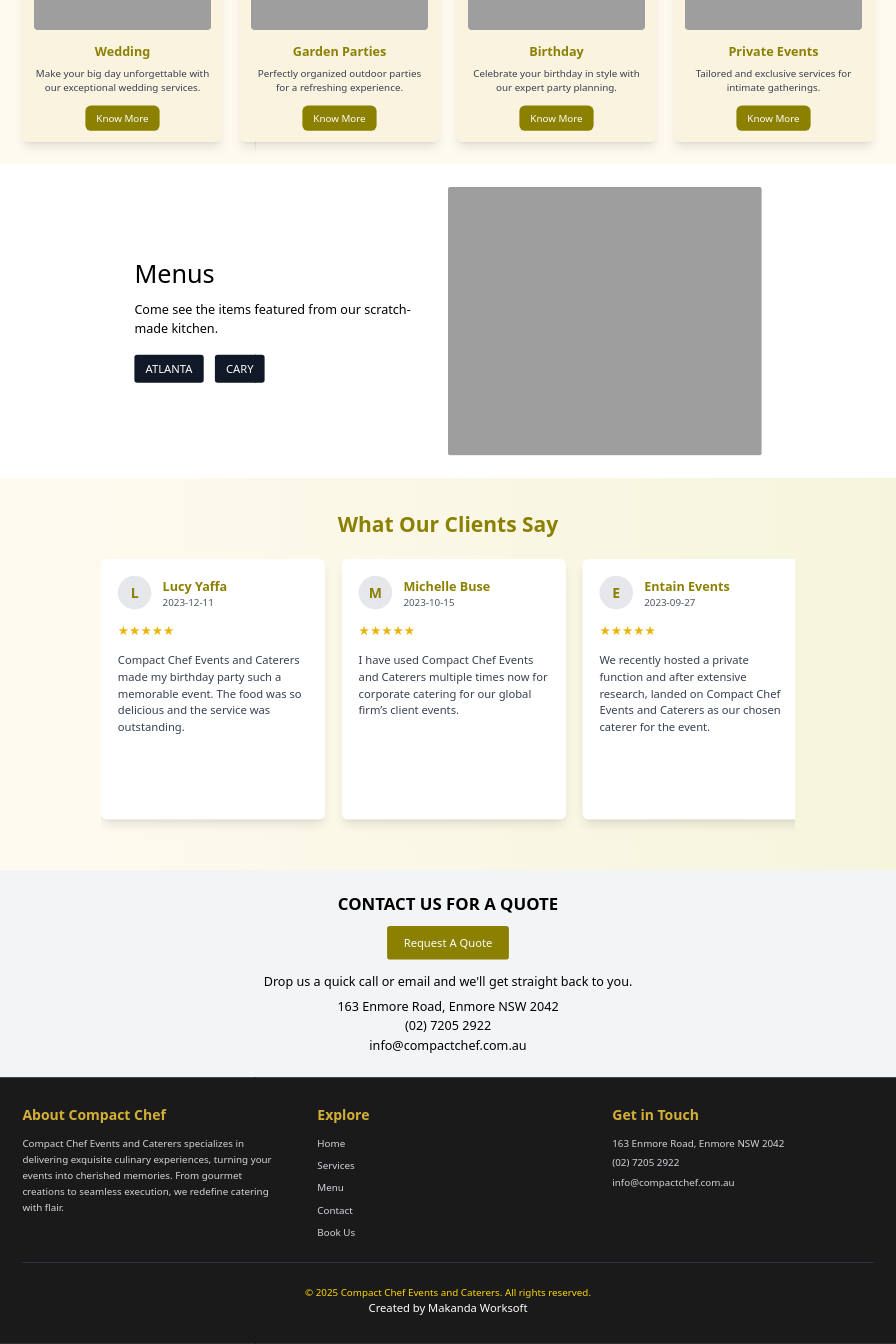
Repository: makanda596/compactchef
Page: /
The author's editor kept a copy of each file at every save. The page is drawn from the files as they stood at one save, then again after the next save.
The browser window is 1280 px wide. The pictures show the part of the page from y = 2057 to 3977 px (the page is 3977 px tall), at 70% of full size.
Pictures or frames that could not be fetched are drawn as grey boxes. The project was rebuilt for these pictures with package versions that can differ from the ones it lists, and the page was loaded fresh each time. Also part of the build but not shown: src/pages/Services.jsx, src/pages/Menu.jsx, src/pages/Contact.jsx, src/pages/Book.jsx.

Above is the page before, as saved 2025-01-08 15:31:22.

After the next save:
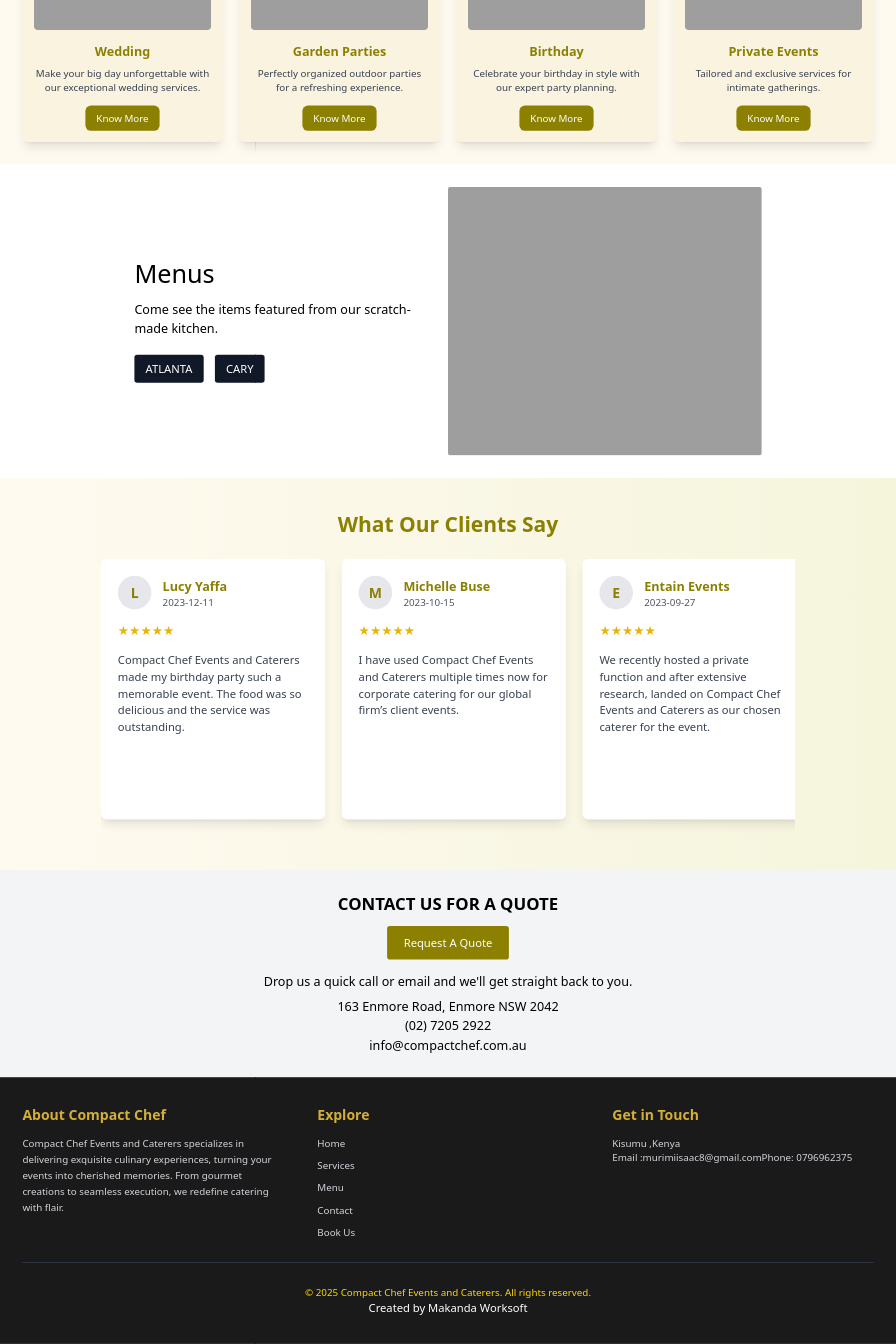
Saved 3 min 4 s later.
--- a/src/components/Footer.jsx
+++ b/src/components/Footer.jsx
@@ -19,30 +19,31 @@ const Footer = () => {
                         <h3 className="text-xl font-bold text-[#d4af37] mb-4">Explore</h3>
                         <ul className="text-sm text-gray-300 space-y-3">
                             <li>
-                                <a href="#home" className="hover:text-[#d4af37] transition-colors">Home</a>
+                                <a href="/src" className="hover:text-[#d4af37] transition-colors">Home</a>
                             </li>
                             <li>
-                                <a href="#services" className="hover:text-[#d4af37] transition-colors">Services</a>
+                                <a href="/services" className="hover:text-[#d4af37] transition-colors">Services</a>
                             </li>
                             <li>
-                                <a href="#menu" className="hover:text-[#d4af37] transition-colors">Menu</a>
+                                <a href="/menu" className="hover:text-[#d4af37] transition-colors">Menu</a>
                             </li>
                             <li>
-                                <a href="#contact" className="hover:text-[#d4af37] transition-colors">Contact</a>
+                                <a href="/contact" className="hover:text-[#d4af37] transition-colors">Contact</a>
                             </li>
                             <li>
-                                <a href="#book" className="hover:text-[#d4af37] transition-colors">Book Us</a>
+                                <a href="/book" className="hover:text-[#d4af37] transition-colors">Book Us</a>
                             </li>
                         </ul>
                     </div>
 
-                    {/* Contact Section */}
                     <div>
                         <h3 className="text-xl font-bold text-[#d4af37] mb-4">Get in Touch</h3>
                         <ul className="text-sm text-gray-300 space-y-2">
-                            <li>163 Enmore Road, Enmore NSW 2042</li>
-                            <li>(02) 7205 2922</li>
-                            <li>info@compactchef.com.au</li>
+                            <li>Kisumu ,Kenya</li>
+                            <a href="mailto:murimiisaac8@gmail.com" target="_blank"
+                                rel="noopener noreferrer">Email :murimiisaac8@gmail.com</a>
+                            <a href="tel:+254796962375" target="_blank"
+                                rel="noopener noreferrer">Phone: 0796962375</a>
                         </ul>
                         <div className="flex space-x-4 mt-4">
                             <a href="#" aria-label="Facebook" className="text-[#d4af37] hover:opacity-80">
